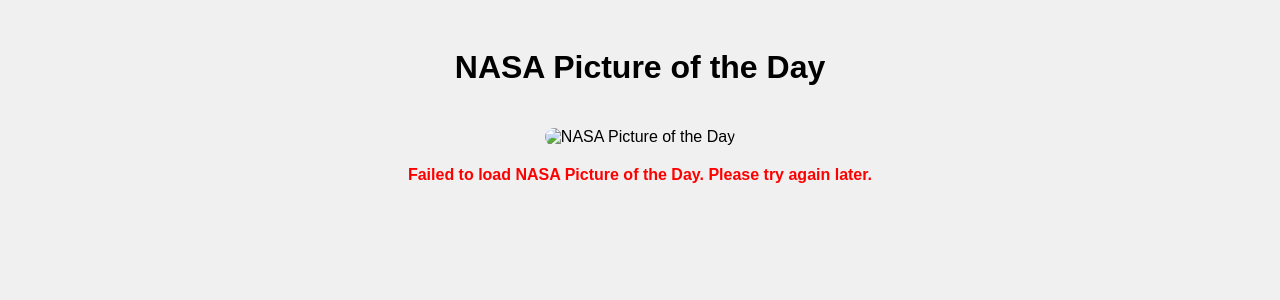
Repository: Larshalvorhansen/personalWebsite
Page: content/infoskjermV2/item-3_dagensNasaBilde.html
These files come from the project's save history. The page is drawn as it stood at one moment and after the next save; the edit follows.
The browser window is 1280 px wide. The pictures show the whole page.
The page's requests for data from a server got no answer.

Above is the page before, as saved 2025-02-17 16:20:17.

### content/infoskjermV2/item-3_dagensNasaBilde.html
<!DOCTYPE html>
<html lang="en">

<head>
    <meta charset="UTF-8">
    <meta name="viewport" content="width=device-width, initial-scale=1.0">
    <title>NASA Picture of the Day</title>
    <style>
        body {
            font-family: Arial, sans-serif;
            text-align: center;
            background-color: #f0f0f0;
            padding: 20px;
        }

        #nasa-image {
            max-width: 100%;
            height: auto;
            border-radius: 10px;
            margin-top: 20px;
        }

        #description {
            margin-top: 20px;
            font-size: 1.2em;
            color: #333;
            max-width: 800px;
            margin-left: auto;
            margin-right: auto;
        }

        #title {
            font-size: 1.5em;
            color: #222;
            margin-top: 20px;
        }

        .error {
            color: red;
            font-weight: bold;
        }
    </style>
</head>

<body>
    <h1>NASA Picture of the Day</h1>
    <div id="apod">
        <div id="title"></div>
        <img id="nasa-image" src="" alt="NASA Picture of the Day">
        <p id="description"></p>
        <p id="error" class="error"></p>
    </div>

    <script>
        // Replace with your NASA API key
        const apiKey = 'FUxdL1jOQ2Ibu9LhrKKC5GU4MS2nhUkNVMOcgYX8'; // Replace with your actual API key

        // Get yesterday's date in YYYY-MM-DD format
        const getYesterdayDate = () => {
            const today = new Date();
            const yesterday = new Date(today);
            yesterday.setDate(today.getDate()); // Subtract 1 day
            return yesterday.toISOString().split('T')[0]; // Format as YYYY-MM-DD
        };

        const yesterdayDate = getYesterdayDate();
        const apodUrl = `https://api.nasa.gov/planetary/apod?api_key=${apiKey}&date=${yesterdayDate}`;

        // Fetch the APOD data for yesterday
        fetch(apodUrl)
            .then(response => {
                if (!response.ok) {
                    throw new Error(`HTTP error! Status: ${response.status}`);
                }
                return response.json();
            })
            .then(data => {
                const imageElement = document.getElementById('nasa-image');
                const descriptionElement = document.getElementById('description');
                const titleElement = document.getElementById('title');
                const errorElement = document.getElementById('error');

                // Clear any previous errors
                errorElement.textContent = '';

                // Set the title, image source, and description
                titleElement.textContent = data.title;
                imageElement.src = data.url;
                imageElement.alt = data.title;
                descriptionElement.textContent = data.explanation;

                // Handle video case (APOD can sometimes be a video)
                if (data.media_type === 'video') {
                    imageElement.style.display = 'none'; // Hide the image element
                    descriptionElement.innerHTML = `
                        <p>Yesterday's APOD is a video. <a href="${data.url}" target="_blank">Watch it here</a>.</p>
                        <p>${data.explanation}</p>
                    `;
                }
            })
            .catch(error => {
                console.error('Error fetching the NASA APOD data:', error);
                document.getElementById('error').textContent = 'Failed to load NASA Picture of the Day. Please try again later.';
            });
    </script>
</body>

</html>

After the next save:
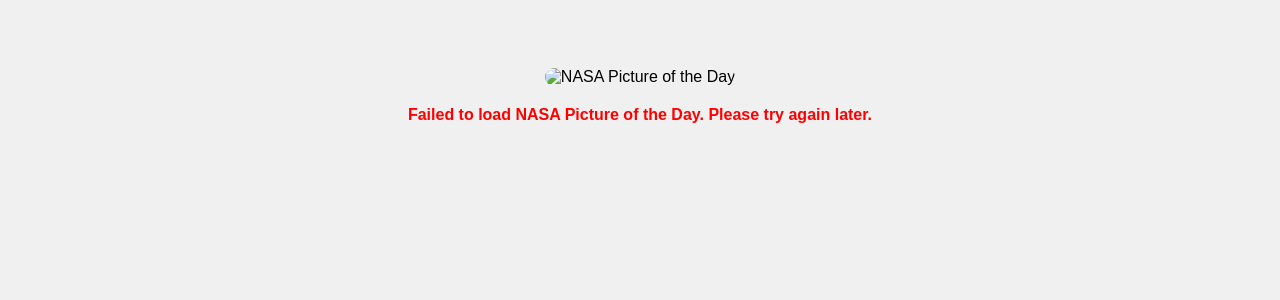
Saved 26 s later.
--- a/content/infoskjermV2/item-3_dagensNasaBilde.html
+++ b/content/infoskjermV2/item-3_dagensNasaBilde.html
@@ -43,7 +43,6 @@
 </head>
 
 <body>
-    <h1>NASA Picture of the Day</h1>
     <div id="apod">
         <div id="title"></div>
         <img id="nasa-image" src="" alt="NASA Picture of the Day">
